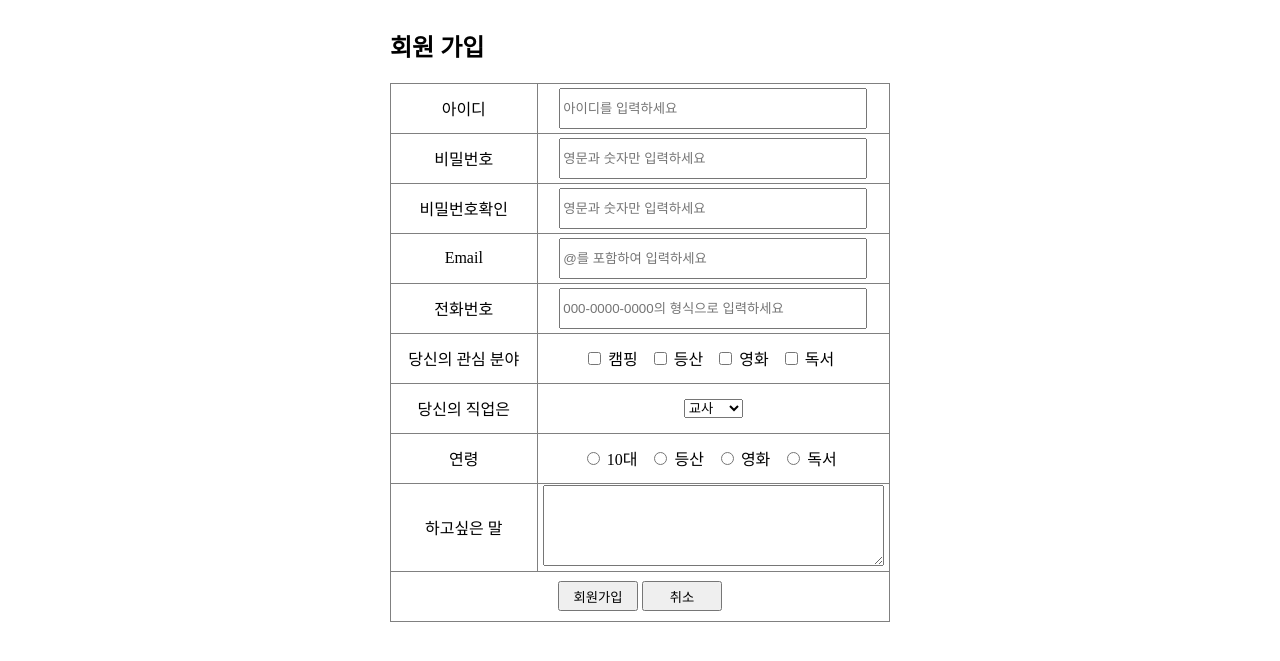
Repository: ksj2001/JSPclass2023
Page: http://localhost/Chapter01/RequestJoin.jsp
These files come from the project's save history. The page is drawn as it stood at one moment and after the next save; the edit follows.
The browser window is 1280 px wide. The pictures show the whole page.
The page is served by Tomcat 9.

Above is the page before, as saved 2023-11-08 07:57:15.

After the next save:
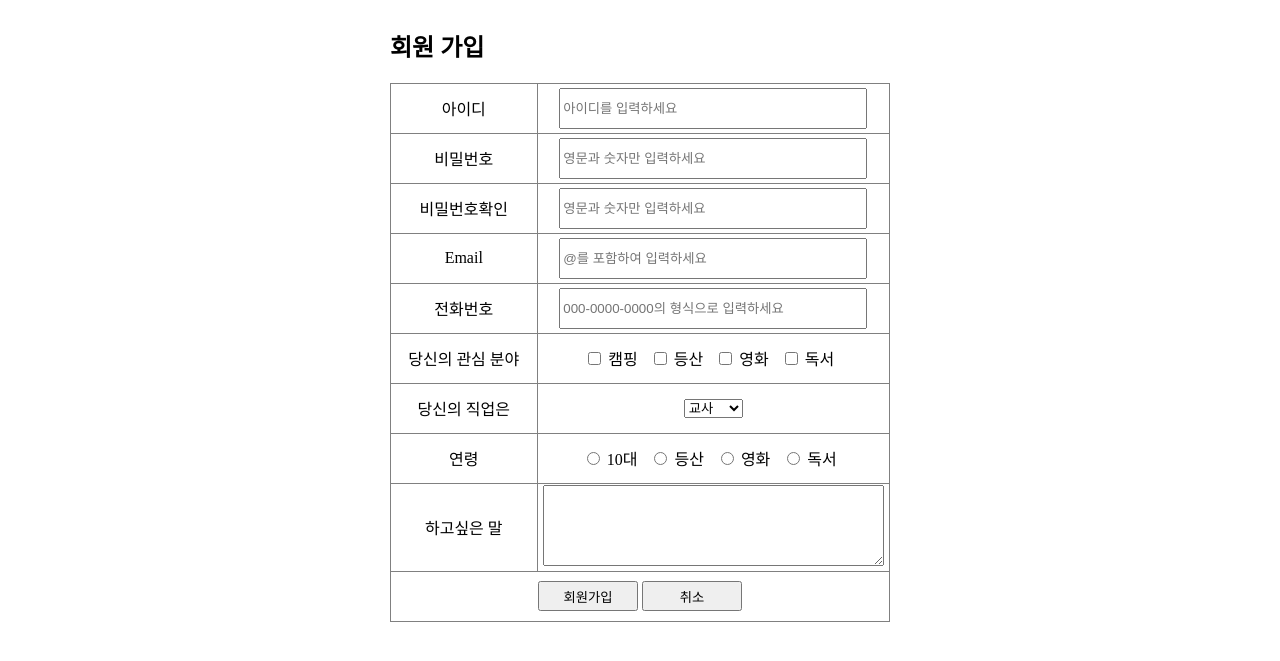
Saved 8 s later.
--- a/Chapter01/src/main/webapp/RequestJoin.jsp
+++ b/Chapter01/src/main/webapp/RequestJoin.jsp
@@ -18,7 +18,7 @@
 		height: 35px;
 	}
 	input[type='submit'],input[type='reset']{
-		width: 80px;
+		width: 100px;
 		height: 30px;
 	}
 </style>
